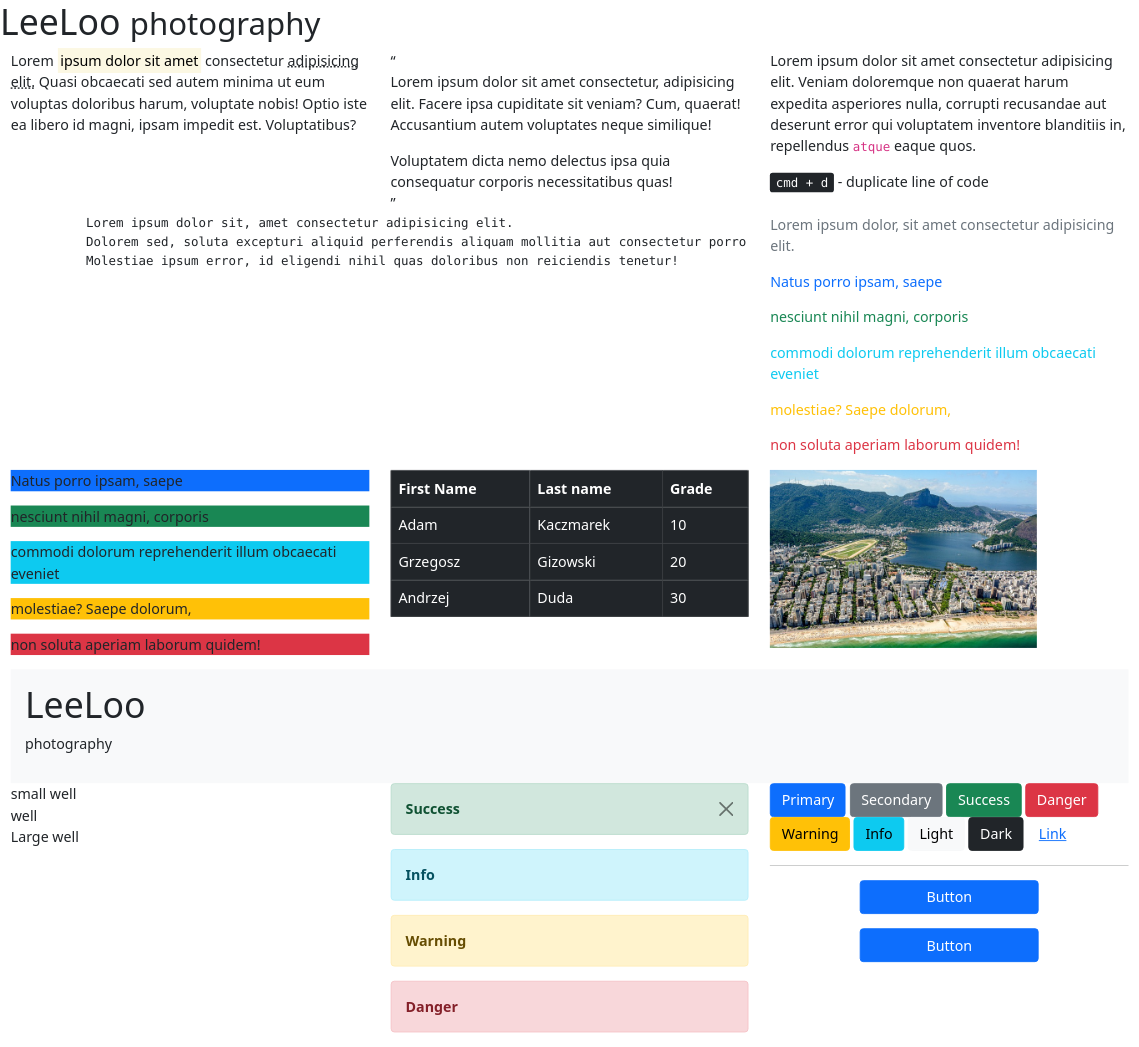
Repository: Zyzik-33/bootstrap-test
Page: index.html
These files come from the project's save history. The page is drawn as it stood at one moment and after the next save; the edit follows.
The browser window is 1280 px wide. The pictures show the whole page, at 89% of full size.

Above is the page before, as saved 2021-01-27 21:25:58.

### index.html
<!DOCTYPE html>
<html lang="en">
<head>
  <title>LeeLoo</title>
  <meta charset="UTF-8">
  <meta name="viewport" content="width=device-width, initial-scale=1.0">
  <link href="https://cdn.jsdelivr.net/npm/bootstrap@5.0.0-beta1/dist/css/bootstrap.min.css" rel="stylesheet" integrity="sha384-giJF6kkoqNQ00vy+HMDP7azOuL0xtbfIcaT9wjKHr8RbDVddVHyTfAAsrekwKmP1" crossorigin="anonymous">
  <script src="https://ajax.googleapis.com/ajax/libs/jquery/3.5.1/jquery.min.js"></script>
  <script src="https://cdn.jsdelivr.net/npm/bootstrap@5.0.0-beta1/dist/js/bootstrap.bundle.min.js" integrity="sha384-ygbV9kiqUc6oa4msXn9868pTtWMgiQaeYH7/t7LECLbyPA2x65Kgf80OJFdroafW" crossorigin="anonymous"></script>
</head>
<body>
  <h1>LeeLoo <small>photography</small> </h1>
  <div class="container-fluid">

    <div class="row">
      <div class="col-lg-4">Lorem <mark>ipsum dolor sit amet</mark> consectetur <abbr title="Explanation">adipisicing elit.</abbr> Quasi obcaecati sed autem minima ut eum voluptas doloribus harum, voluptate nobis! Optio iste ea libero id magni, ipsam impedit est. Voluptatibus?</div>
      <div class="col-lg-4">
        <q cite="http://developer.mozilla.org">
          <p>
            Lorem ipsum dolor sit amet consectetur, adipisicing elit. Facere ipsa cupiditate sit veniam? Cum, quaerat!
             Accusantium autem voluptates neque similique!
          </p>
          <footer>
            Voluptatem dicta nemo delectus ipsa quia consequatur corporis necessitatibus quas!
          </footer>
        </q>
      </div>
      <div class="col-lg-4">
        <blockquote class="blockquote-reverse">
          <p>
            Lorem ipsum dolor sit amet consectetur adipisicing elit.
            Veniam doloremque non quaerat harum expedita asperiores nulla,
            corrupti recusandae aut deserunt error qui voluptatem inventore
            blanditiis in, repellendus <code>atque</code> eaque quos.
          </p>
          <footer><kbd>cmd + d</kbd> - duplicate line of code</footer>
        </blockquote>
      </div>
    </div>
    <div class="row">
      <div class="col-lg-8">
        <pre>
          Lorem ipsum dolor sit, amet consectetur adipisicing elit.
          Dolorem sed, soluta excepturi aliquid perferendis aliquam mollitia aut consectetur porro.
          Molestiae ipsum error, id eligendi nihil quas doloribus non reiciendis tenetur!
        </pre>
      </div>
      <div class="col-lg-4">
       <p class="text-muted"> Lorem ipsum dolor, sit amet consectetur adipisicing elit.</p>
       <p class="text-primary">Natus porro ipsam, saepe</p>
       <p class="text-success">nesciunt nihil magni, corporis</p>
       <p class="text-info">commodi dolorum reprehenderit illum obcaecati eveniet</p>
       <p class="text-warning">molestiae? Saepe dolorum,</p>
       <p class="text-danger">non soluta aperiam laborum quidem!</p>
      </div>
    </div>
    <div class="row">
      <div class="col-lg-4">
       <p class="bg-primary">Natus porro ipsam, saepe</p>
       <p class="bg-success">nesciunt nihil magni, corporis</p>
       <p class="bg-info">commodi dolorum reprehenderit illum obcaecati eveniet</p>
       <p class="bg-warning">molestiae? Saepe dolorum,</p>
       <p class="bg-danger">non soluta aperiam laborum quidem!</p>
      </div>
      <div class="col-lg-4">
        <table class="table table-hover table-dark table-bordered">
          <!-- table-striped, table-bordered, table-hover, table-dark -->
          <thead>
            <tr>
              <th scope="col">First Name</th>
              <th scope="col">Last name</th>
              <th scope="col">Grade</th>
            </tr>
          </thead>
          <tbody>
            <tr>
              <td scope="row">Adam</td>
              <td>Kaczmarek</td>
              <td>10</td>
            </tr>
            <tr>
              <td scope="row">Grzegosz</td>
              <td>Gizowski</td>
              <td>20</td>
            </tr>
            <tr>
              <td scope="row">Andrzej</td>
              <td>Duda</td>
              <td>30</td>
            </tr>
          </tbody>
        </table>
      </div>
      <div class="col-lg-4">
        <img src="./assets/images/brazil-4809010_640.jpg" width="300" alt="brazil">
      </div>
    </div>
    <div class="row">
      <div class="col-lg-12">
        <div class="bg-light p-3">
          <h1>LeeLoo</h1>
          <p>photography</p>
        </div>
      </div>
    </div>
    <div class="row">
      <div class="col-lg-4">
        <div class="well well-sm">small well</div>
        <div class="well">well</div>
        <div class="well well-lg">Large well</div>
      </div>
      <div class="col-lg-4">
        <div class="alert alert-success alert-dismissible fade show" role="alert">
          <strong>Success</strong>
          <!-- <a href="#" class="close" data-dismiss="alert">&times;</a> -->
          <button type="button" class="btn-close" data-bs-dismiss="alert" aria-label="Close"></button>
        </div>
        <div class="alert alert-info">
          <strong>Info</strong>
        </div>
        <div class="alert alert-warning">
          <strong>Warning</strong>
        </div>
        <div class="alert alert-danger">
          <strong>Danger</strong>
        </div>
      </div>
      <div class="col-lg-4">
        <button type="button" class="btn btn-primary">Primary</button>
        <button type="button" class="btn btn-secondary">Secondary</button>
        <button type="button" class="btn btn-success">Success</button>
        <button type="button" class="btn btn-danger">Danger</button>
        <button type="button" class="btn btn-warning">Warning</button>
        <button type="button" class="btn btn-info">Info</button>
        <button type="button" class="btn btn-light">Light</button>
        <button type="button" class="btn btn-dark">Dark</button>
        <button type="button" class="btn btn-link">Link</button>
        <hr>
        <div class="d-grid gap-3 col-6 mx-auto">
          <button class="btn btn-primary" type="button">Button</button>
          <button class="btn btn-primary" type="button">Button</button>
        </div>
      </div>
    </div>
  </div>
</body>
</html>

After the next save:
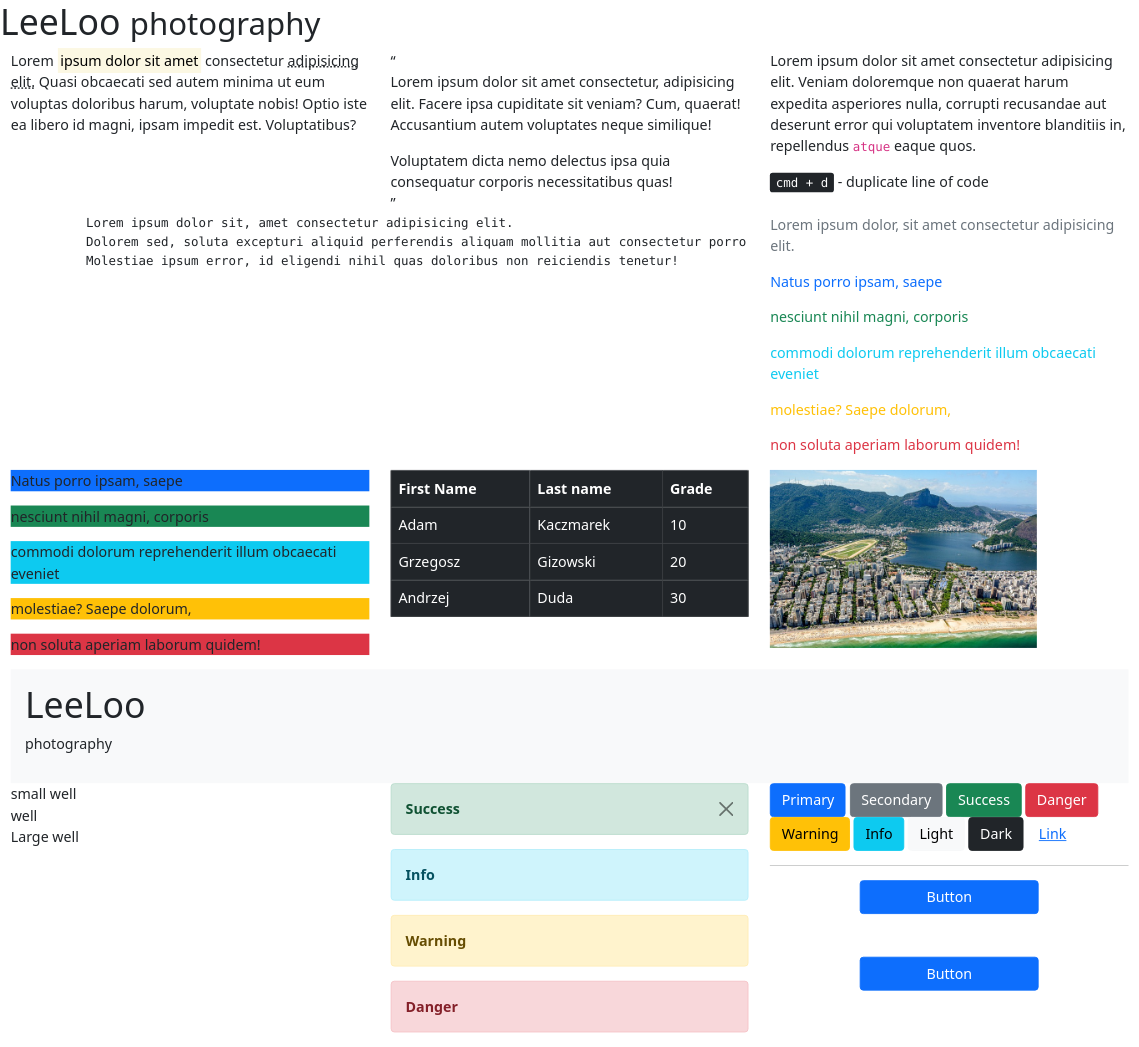
Saved 33 s later.
--- a/index.html
+++ b/index.html
@@ -136,7 +136,7 @@
         <button type="button" class="btn btn-dark">Dark</button>
         <button type="button" class="btn btn-link">Link</button>
         <hr>
-        <div class="d-grid gap-3 col-6 mx-auto">
+        <div class="d-grid gap-5 col-6 mx-auto">
           <button class="btn btn-primary" type="button">Button</button>
           <button class="btn btn-primary" type="button">Button</button>
         </div>
